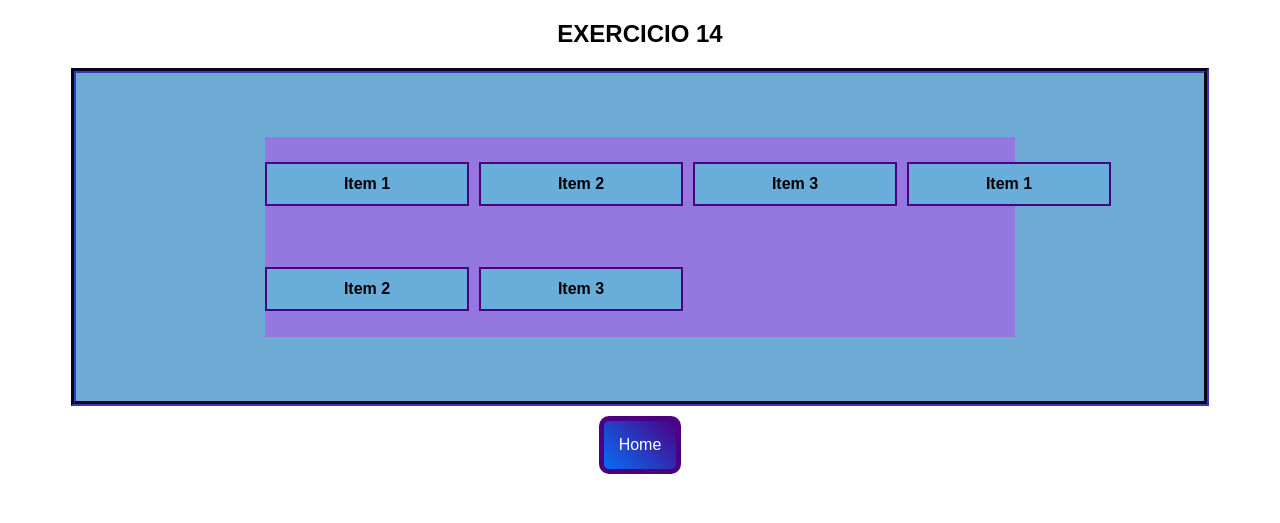
Repository: Elianmrey/TP1-Mobile-First
Page: EXERCISES/EX_14/index.html
The author's editor kept a copy of each file at every save. The page is drawn from the files as they stood at one save, then again after a run of saves.
The browser window is 1280 px wide. The pictures show the whole page.

Above is the page before, as saved 2024-08-05 16:39:26.

### EXERCISES/EX_14/index.html
<!DOCTYPE html>
<html lang="en">

<head>
  <link href="style.css" rel="stylesheet" type="text/css" />
  <meta charset="UTF-8">
  <meta name="viewport" content="width=device-width, initial-scale=1.0">
  <title>Document</title>
</head>

<body>

  <div class="titulo">
    <h2>EXERCICIO 14</h2>
  </div>

  <div class="container-principal">

    <div class="container-central">

      <div class="item">Item 1</div>
      <div class="item">Item 2</div>
      <div class="item">Item 3 </div>

      <div class="item">Item 1</div>
      <div class="item">Item 2</div>
      <div class="item">Item 3 </div>

    </div>


  </div>
  <a href="../../index.html" class="link-home">Home</a>
</body>

</html>

### EXERCISES/EX_14/style.css
body
{
display: flex ;
flex-direction: column;
margin: 0;
padding: 0;
font-family: sans-serif;
justify-content: center;
align-items:center;
}
.titulo
{
  text-align: center;
}

.container-principal
{
  display: flex;
  justify-content: center;
  gap: 10px;
  border: groove 5px rgb(36, 29, 107);
  padding: 5%;
  width: 1000px;
  background-color: rgb(109, 171, 212);
}
.container-central
{
  display: grid;
  grid-template-columns:  1fr 1fr 2fr 2fr;
  gridtemplate
  border: groove 5px blue;
  gap: 10px;
  width: 750px;
  height: 200px;
  justify-content: space-around;
  align-items: center;
  background-color: rgb(148, 120, 224);
}
 .item
 {
display: flex;
justify-content: center;
align-items: center;
width: 200px;
height: 40px;
list-style: none;
font-family: sans-serif;
font-weight: 600;
border: solid 2px indigo;
 background-color: rgb(105, 173, 218);
}

.link-home
{
  margin-top: auto;
  margin: 10px;
  padding: 15px;
  text-decoration: none;
  color: white;
  border: solid 5px indigo;
  border-radius: 10px;;
  background: linear-gradient(45deg, rgb(6, 110, 245), rgb(74, 1, 133))
}

After the next 9 saves:
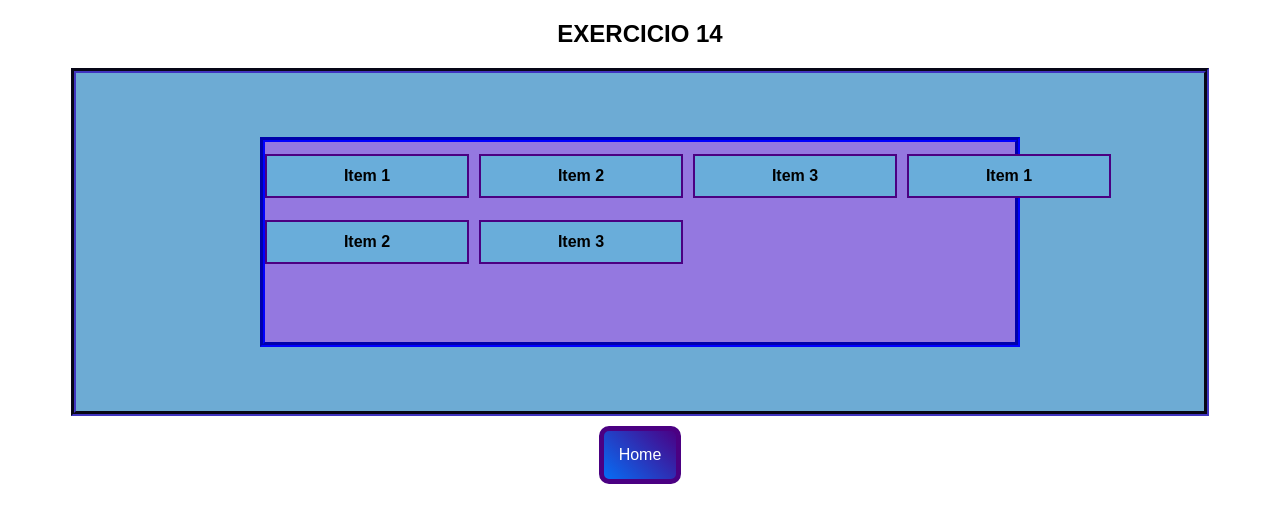
The 9 saves are shown as one change because they came seconds apart.
The last was saved 19 s later.
--- a/EXERCISES/EX_14/style.css
+++ b/EXERCISES/EX_14/style.css
@@ -27,7 +27,7 @@ align-items:center;
 {
   display: grid;
   grid-template-columns:  1fr 1fr 2fr 2fr;
-  gridtemplate
+  grid-template-rows:  2fr 1fr 2fr;
   border: groove 5px blue;
   gap: 10px;
   width: 750px;
